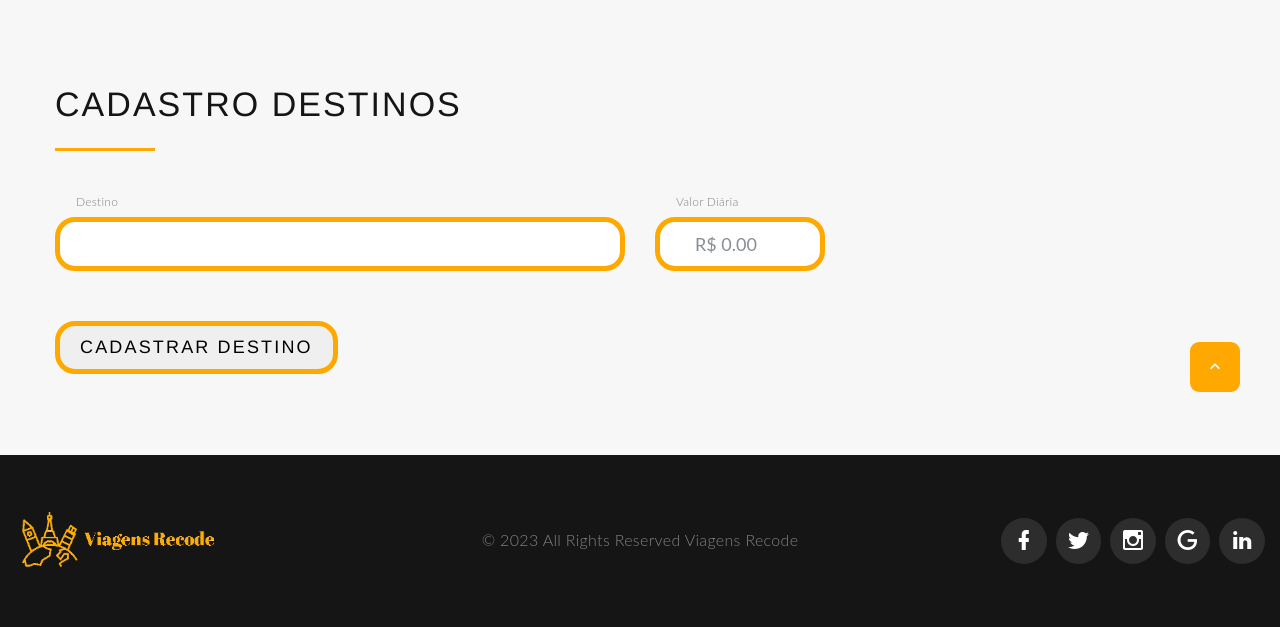
Repository: LiraS23/RecodePro2023-Modulo-4
Page: java/Modulo4/src/main/webapp/destinos.html
These files come from the project's save history. The page is drawn as it stood at one moment and after the next save; the edit follows.
The browser window is 1280 px wide. The pictures show the part of the page from y = 388 to 1107 px (the page is 1015 px tall before and 1107 px after).
Some web fonts or font styles are not loaded; a fallback is used.

Above is the page before, as saved 2023-10-28 15:43:29.

### java/Modulo4/src/main/webapp/destinos.html
<!DOCTYPE html>
<html lang="pt-br">

<head>
	<meta charset="UTF-8">
	<meta name="viewport" content="width=device-width, initial-scale=1.0">
	<title>Destinos</title>
	<link rel="icon" href="assets/images/favicon.ico" type="image/x-icon">
	<!-- Stylesheets -->
	<link rel="stylesheet" type="text/css"
		href="assets/fonts.googleapis.com/css?family=Oswald:200,400%7CLato:300,400,300italic,700%7CMontserrat:900">
	<link rel="stylesheet" href="assets/css/bootstrap.css">
	<link rel="stylesheet" href="assets/css/style.css">
	<link rel="stylesheet" href="assets/css/fonts.css">
</head>

<body>
	<div class="page">
		<header class="section page-header breadcrumbs-custom-wrap bg-gradient bg-secondary-2 novi-background bg-cover">
			<!-- RD Navbar-->
			<div class="rd-navbar-wrap rd-navbar-default">
				<nav class="rd-navbar rd-navbar-expand-lg rd-navbar-light custom-navbar" style="z-index: 1000;"
					data-layout="rd-navbar-fixed" data-sm-layout="rd-navbar-fixed" data-md-layout="rd-navbar-fixed"
					data-md-device-layout="rd-navbar-fixed" data-lg-layout="rd-navbar-fullwidth"
					data-xl-layout="rd-navbar-static" data-lg-device-layout="rd-navbar-fixed"
					data-xl-device-layout="rd-navbar-static" data-md-stick-up-offset="2px" data-lg-stick-up-offset="2px"
					data-stick-up="true" data-sm-stick-up="true" data-md-stick-up="true" data-lg-stick-up="true"
					data-xl-stick-up="true">
					<div class="rd-navbar-inner">
						<!-- RD Navbar Panel-->
						<div class="rd-navbar-panel">
							<!-- RD Navbar Toggle-->
							<button class="rd-navbar-toggle"
								data-rd-navbar-toggle=".rd-navbar-nav-wrap"><span></span></button>
							<!-- RD Navbar Brand-->
							<div class="rd-navbar-brand"><a class="brand-name" href="index.html"><img
										class="logo-default" src="assets/images/logo-default-208x46.png" alt=""
										width="208" height="46" /><img class="logo-inverse"
										src="assets/images/logo-inverse-208x46.png" alt="" width="208"
										height="46" /></a></div>
						</div>
						<div class="rd-navbar-aside-right">
							<div class="rd-navbar-nav-wrap">
								<!-- RD Navbar Nav-->
								<ul class="rd-navbar-nav">
									<li><a href="index.html">Home</a>
									</li>
									<li class="active"><a href="destinos.html">Destinos</a>
									</li>
									<li><a href="promocoes.html">Promoções</a>
									</li>
									<li><a href="contato.html">Contato</a>
									</li>
									<li><a href="cliente.html">Cliente</a>
									</li>
								</ul>
							</div>
						</div>
						<div class="rd-navbar-aside-right"><a class="button button-sm button-secondary button-nina"
								href="pedidos.html">Reserve um passeio agora</a></div>
					</div>
				</nav>
			</div>
			<!-- Breadcrumbs-->
			<section class="breadcrumbs-custom"
				style="background: url(&quot;https://png.pngtree.com/thumb_back/fw800/back_pic/03/93/99/8257e7bbd63b3ff.jpg&quot;); background-size: cover;">
				<div class="container">
					<p class="breadcrumbs-custom-subtitle">Encontre seu proximo destino!</p>
					<p class="heading-1 breadcrumbs-custom-title">Destinos</p>
				</div>
			</section>
		</header>

		<!-- Cadastro destinos-->
		<section class="section section-wrap bg-gray-lighter novi-background bg-cover">
			<div class="section-wrap-inner">
				<div class="container container-bigger">
					<div class="row">
						<div class="col">
							<div class="section section-lg">
								<h3>Cadastro destinos</h3>
								<hr class="divider divider-left divider-secondary">
								<!-- RD Mailform-->
								<form class="rd-mailform" data-form-output="form-output-global"
									data-form-type="cadastro" method="post" action="/PacoteServlet">
									<div class="row row-fix row-20">
										<div class="col-md-6">
											<div class="form-wrap form-wrap-validation">
												<label class="form-label-outside" for="destino">Destino</label>
												<input class="form-control"
													style="border: 5px solid #FFA900; border-radius: 20px;" id="destino"
													type="text" name="destino" data-constraints="@Required" />
											</div>
										</div>
										<div class="col-md-2">
											<div class "form-wrap form-wrap-validation">
												<label class="form-label-outside" for="valorDiaria">Valor Diária</label>
												<input class="form-control"
													style="border: 5px solid #FFA900; border-radius: 20px;"
													id="valorDiaria" type="text" name="valorDiaria"
													data-constraints="@Required" placeholder="R$ 0.00" />
											</div>
										</div>
										<div class="col-sm-12 offset-custom-1">
											<div class="form-button">
												<input type="hidden" name="action" value="adicionar">
												<button class="btn btn-secondary"
													style="border: 5px solid #FFA900; border-radius: 20px;"
													type="submit" name="submitButton">Cadastrar Destino</button>
											</div>
										</div>
									</div>
								</form>
							</div>
						</div>
					</div>
				</div>
			</div>
		</section>


		<!-- Footer Minimal-->
		<footer class="section page-footer page-footer-minimal novi-background bg-cover text-center bg-gray-darker">
			<div class="container container-wide">
				<div class="row row-fix justify-content-sm-center align-items-md-center row-30">
					<div class="col-md-10 col-lg-7 col-xl-4 text-xl-left"><a href="index.html"><img class="inverse-logo"
								src="assets/images/logo-inverse-208x46.png" alt="" width="208" height="46" /></a></div>
					<div class="col-md-10 col-lg-7 col-xl-4">
						<p class="right">&#169;&nbsp;<span class="copyright-year"></span> All Rights Reserved Viagens
							Recode
						</p>
					</div>
					<div class="col-md-10 col-lg-7 col-xl-4 text-xl-right">
						<ul class="group-xs group-middle">
							<li><a class="icon novi-icon icon-md-middle icon-circle icon-secondary-5-filled mdi mdi-facebook"
									href="#"></a></li>
							<li><a class="icon novi-icon icon-md-middle icon-circle icon-secondary-5-filled mdi mdi-twitter"
									href="#"></a></li>
							<li><a class="icon novi-icon icon-md-middle icon-circle icon-secondary-5-filled mdi mdi-instagram"
									href="#"></a></li>
							<li><a class="icon novi-icon icon-md-middle icon-circle icon-secondary-5-filled mdi mdi-google"
									href="#"></a></li>
							<li><a class="icon novi-icon icon-md-middle icon-circle icon-secondary-5-filled mdi mdi-linkedin"
									href="#"></a></li>
						</ul>
					</div>
				</div>
			</div>
		</footer>
	</div>

	<!-- Global Mailform Output-->
	<div class="snackbars" id="form-output-global"> </div>
	<!-- Javascript-->
	<script src="assets/js/core.min.js"></script>
	<script src="assets/js/script.js"></script>

</body>

</html>

Loaded but not shown: java/Modulo4/src/main/webapp/assets/css/bootstrap.css (library); java/Modulo4/src/main/webapp/assets/css/style.css (library); java/Modulo4/src/main/webapp/assets/css/fonts.css (library); java/Modulo4/src/main/webapp/assets/js/core.min.js (library); java/Modulo4/src/main/webapp/assets/js/script.js (1496 lines, source omitted)

After the next save:
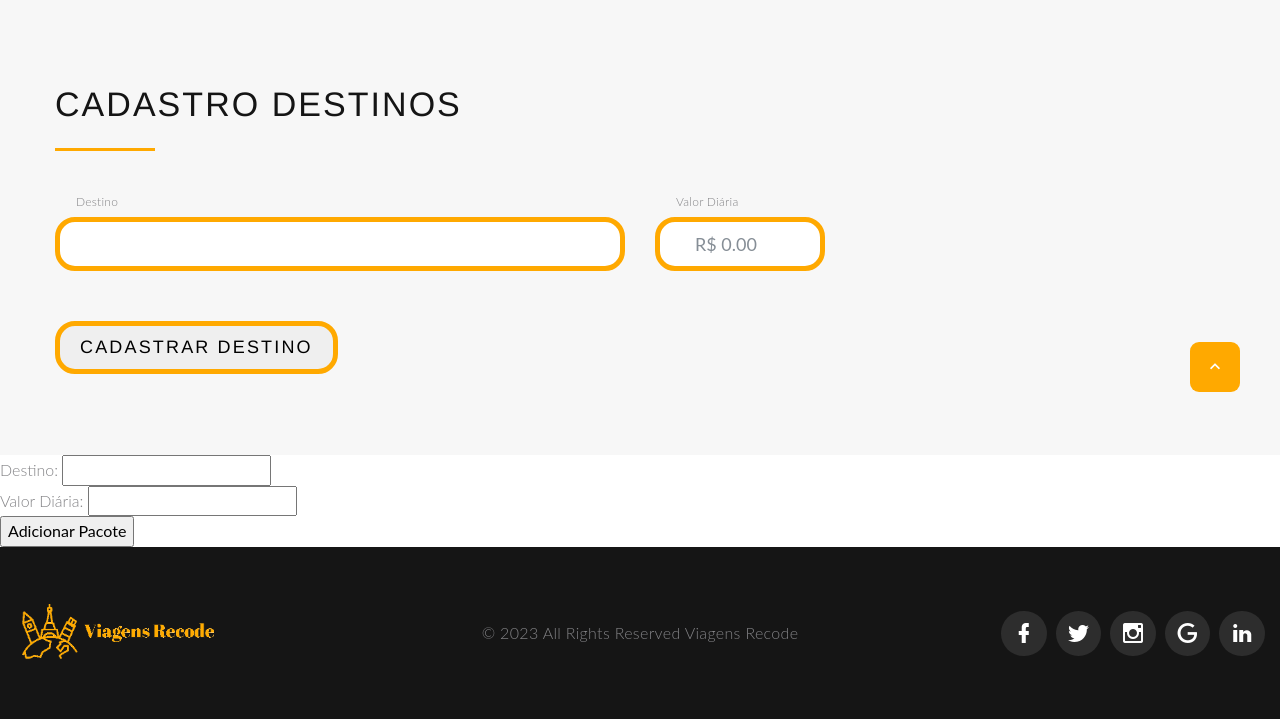
Saved 3 min 36 s later.
--- a/java/Modulo4/src/main/webapp/destinos.html
+++ b/java/Modulo4/src/main/webapp/destinos.html
@@ -118,6 +118,14 @@
 			</div>
 		</section>
 
+		<form action="PacoteServlet" method="post">
+			<input type="hidden" name="action" value="adicionar">
+			<label for="destino">Destino:</label>
+			<input type="text" name="destino" required><br>
+			<label for="valorDiaria">Valor Diária:</label>
+			<input type="text" name="valorDiaria" required><br>
+			<input type="submit" value="Adicionar Pacote">
+		</form>
 
 		<!-- Footer Minimal-->
 		<footer class="section page-footer page-footer-minimal novi-background bg-cover text-center bg-gray-darker">
